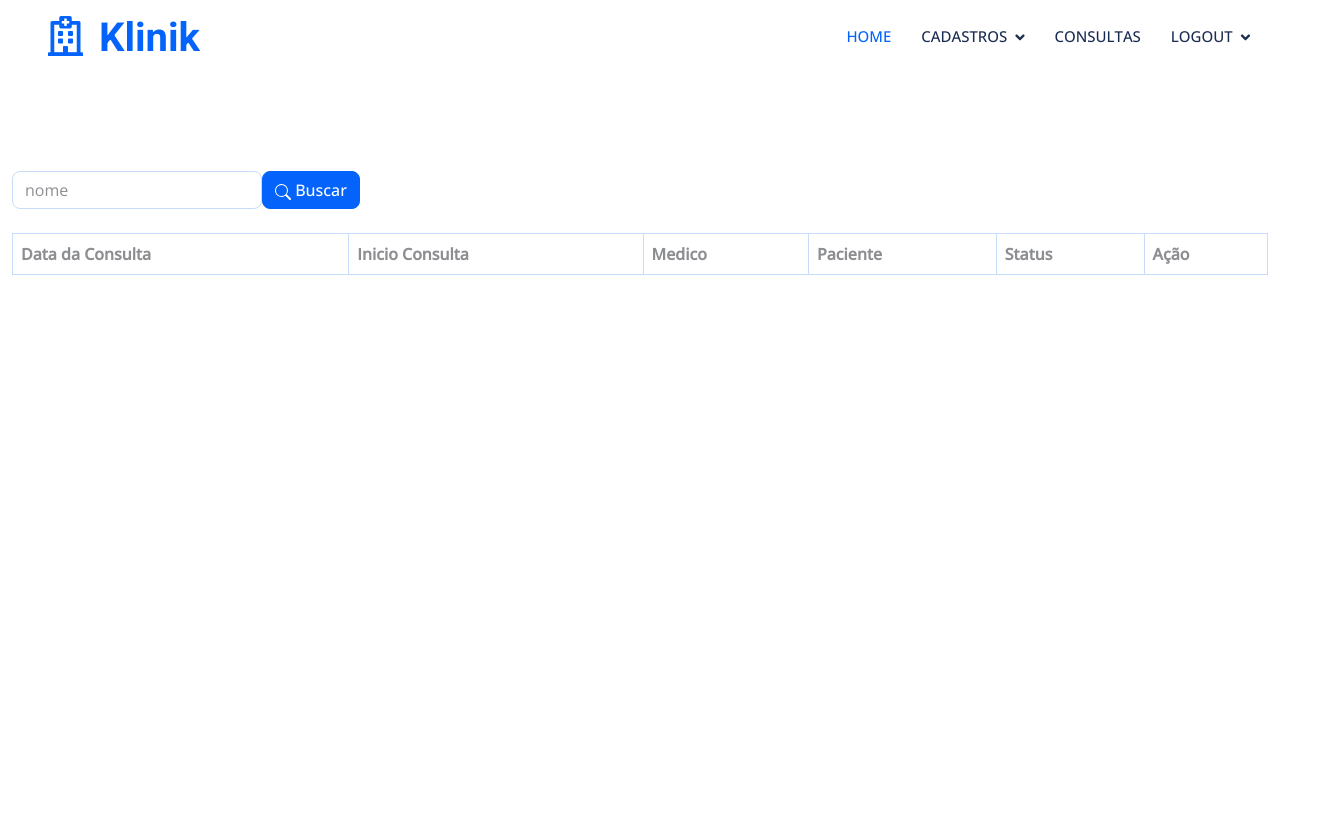
Repository: henrickrufino91/AgendaConsultas
Page: http://localhost/consulta/listarConsultas
An editor plug-in stored every save of this project. The page is shown before and after the next save, followed by the edit.
The browser window is 1280 px wide. The page is 1331 px wide, so the pictures cover 1331 px, including what lies to the right of the window. The pictures show the whole page.
Some web libraries are served in a nearby version. The page is this project's Thymeleaf template; nobody is signed in. The template is opened directly, without the code that normally fills it, so the values that code supplies are empty.

Above is the page before, as saved 2024-12-26 18:08:56.

After the next save:
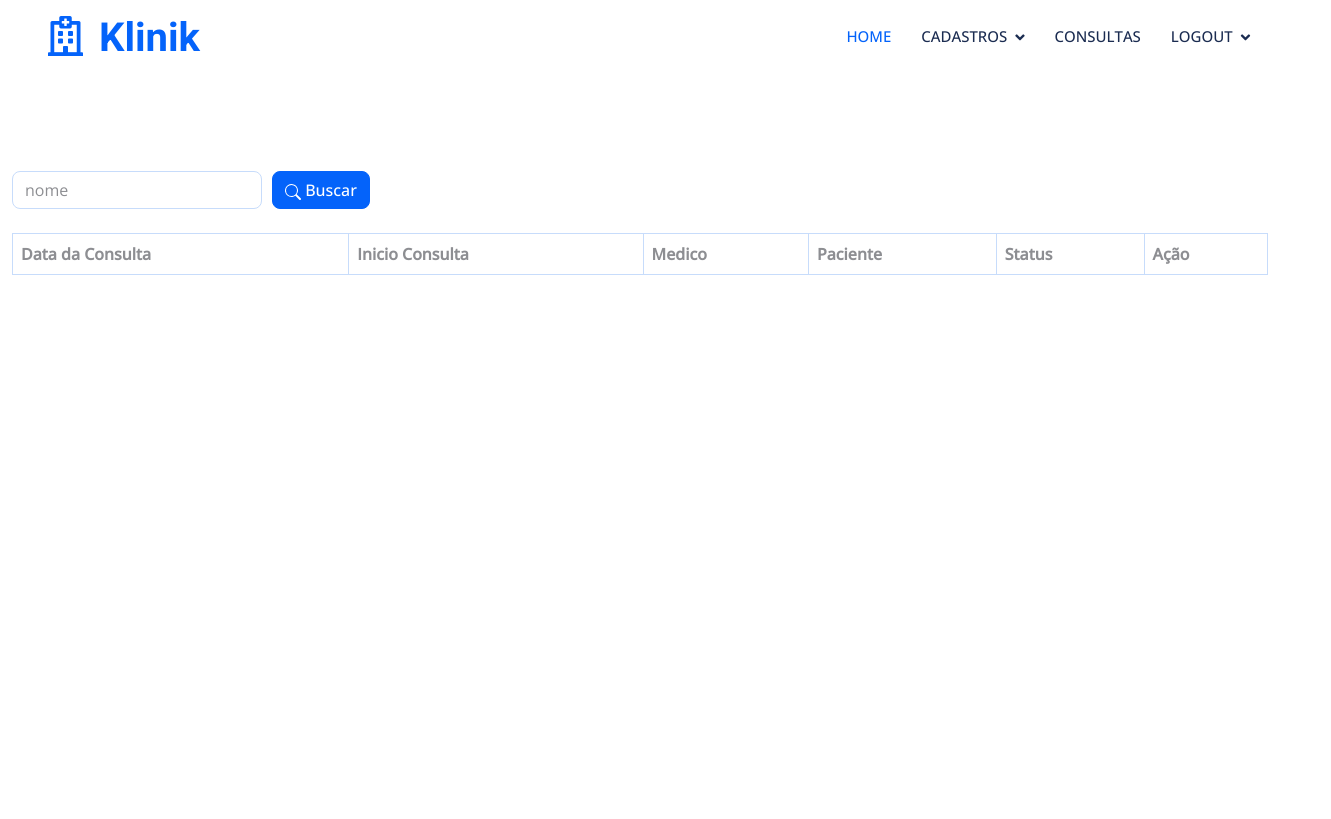
Saved 104 s later.
--- a/clinica/src/main/resources/templates/consulta/listarConsultas.html
+++ b/clinica/src/main/resources/templates/consulta/listarConsultas.html
@@ -106,7 +106,7 @@
        <input class="form-control" value="nome" id="inputEmail" type="text" style="width: 250px; float: left" />
 
 
-       <a class="btn btn-primary" style="float: rigth"><svg xmlns="http://www.w3.org/2000/svg" width="16" height="16" fill="currentColor" class="bi bi-search" viewBox="0 0 16 16">
+       <a class="btn btn-primary" style="float: rigth; margin-left: 10px"><svg xmlns="http://www.w3.org/2000/svg" width="16" height="16" fill="currentColor" class="bi bi-search" viewBox="0 0 16 16">
   											<path d="M11.742 10.344a6.5 6.5 0 1 0-1.397 1.398h-.001q.044.06.098.115l3.85 3.85a1 1 0 0 0 1.415-1.414l-3.85-3.85a1 1 0 0 0-.115-.1zM12 6.5a5.5 5.5 0 1 1-11 0 5.5 5.5 0 0 1 11 0"/>
 											</svg> Buscar</a>
        </div>
